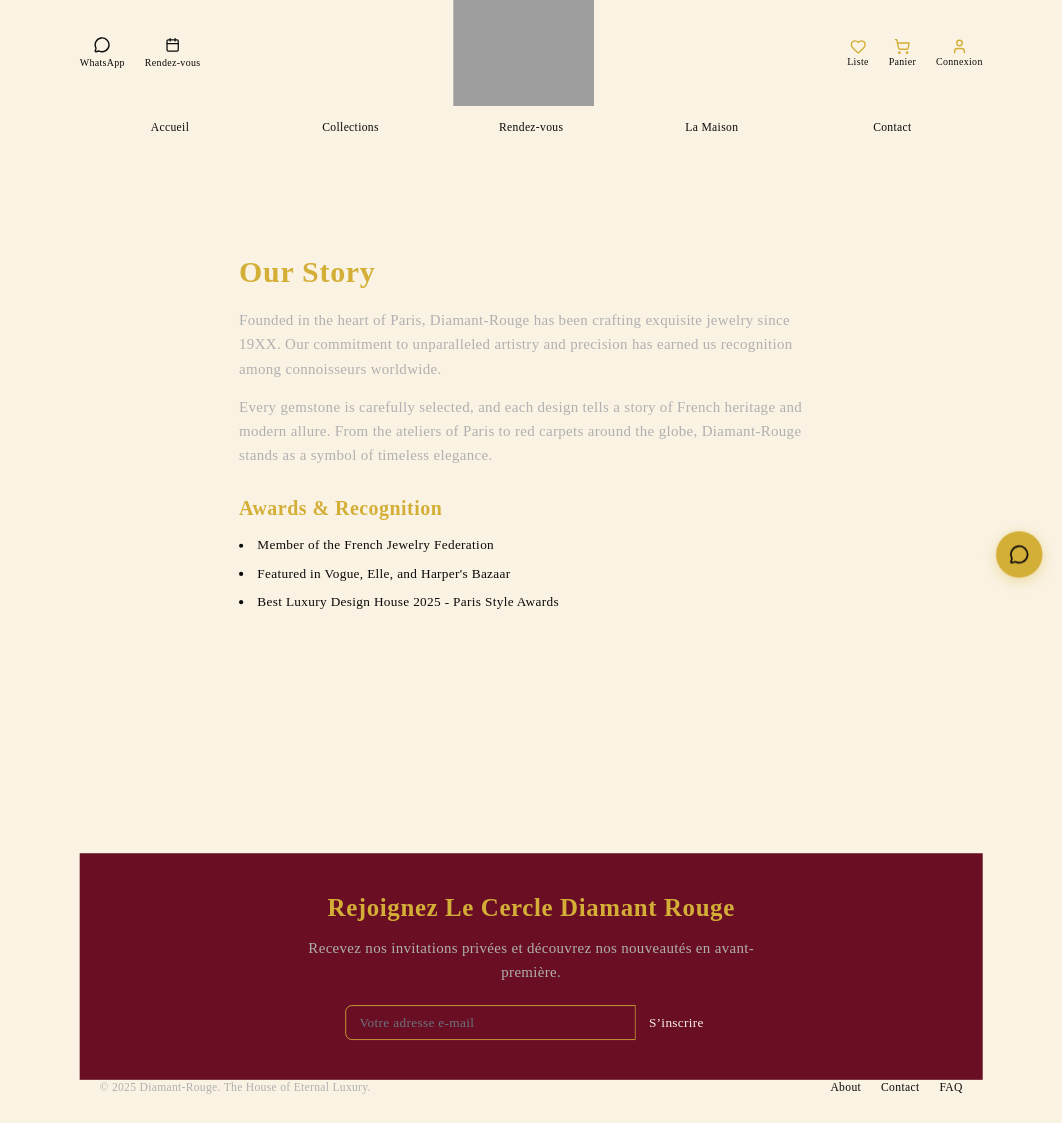
Repository: G-omar-H/diamant-rouge
Page: /about (app in diamant-rouge/)
The author's editor kept a copy of each file at every save. The page is drawn from the files as they stood at one save, then again after the next save.
The browser window is 1280 px wide. The pictures show the whole page, at 83% of full size.
Pictures or frames that could not be fetched are drawn as grey boxes. The page's requests for data from a server got no answer. The project was rebuilt for these pictures with package versions that can differ from the ones it lists, and the page was loaded fresh each time. The framework's server and built-in components were replaced by stand-ins that run in the browser. No one was signed in, and anything a server would have sent is missing. Also part of the build but not shown: diamant-rouge/next.config.js.

Above is the page before, as saved 2025-03-05 03:58:46.

### diamant-rouge/pages/_app.tsx
// pages/_app.tsx
import type { AppProps } from "next/app";
import "../styles/globals.css";
import { SessionProvider } from "next-auth/react"; // ✅ Import NextAuth Session Provider
import { CartProvider } from "../contexts/CartContext";
import { WishlistProvider } from "../contexts/WishlistContext";
import { ToastProvider } from "../contexts/ToastContext";
import { useRouter } from "next/router";
import Layout from "../components/Layout";

export default function App({ Component, pageProps: { session, ...pageProps } }: AppProps) {
    const { locale } = useRouter();

    return (
        <SessionProvider session={session}> {/* ✅ Ensures session context is available */}
            <div dir={locale === "ar" ? "rtl" : "ltr"}>
                <ToastProvider>
                    <CartProvider> {/* ✅ Cart is now session-aware */}
                        <WishlistProvider>
                            <Layout title="Home" description="Welcome to Diamant-Rouge, the epitome of luxury jewelry.">
                                <Component {...pageProps} />
                            </Layout>
                        </WishlistProvider>
                    </CartProvider>
                </ToastProvider>
            </div>
        </SessionProvider>
    );
}

### diamant-rouge/pages/about.tsx
// pages/about.tsx
import Head from "next/head";

export default function AboutPage() {
    return (
        <>
            <Head>
                <title>About Diamant-Rouge</title>
            </Head>
            <main className="section-light hero-section min-h-screen p-8 max-w-3xl mx-auto">
                <h1 className="text-4xl font-serif text-brandGold mb-6">Our Story</h1>
                <p className="mb-4 text-platinumGray leading-relaxed">
                    Founded in the heart of Paris, Diamant-Rouge has been crafting exquisite jewelry since
                    19XX. Our commitment to unparalleled artistry and precision has earned us recognition
                    among connoisseurs worldwide.
                </p>
                <p className="mb-4 text-platinumGray leading-relaxed">
                    Every gemstone is carefully selected, and each design tells a story of French heritage
                    and modern allure. From the ateliers of Paris to red carpets around the globe,
                    Diamant-Rouge stands as a symbol of timeless elegance.
                </p>

                {/* Authority Cue: Awards, Certification */}
                <h2 className="text-2xl font-serif text-brandGold mt-8 mb-4">Awards & Recognition</h2>
                <ul className="list-disc list-inside text-richEbony space-y-2">
                    <li>Member of the French Jewelry Federation</li>
                    <li>Featured in Vogue, Elle, and Harper's Bazaar</li>
                    <li>Best Luxury Design House 2025 - Paris Style Awards</li>
                </ul>
            </main>
        </>
    );
}

### diamant-rouge/contexts/CartContext.tsx
// contexts/CartContext.tsx

import { createContext, useContext, useState, useEffect, ReactNode } from "react";
import { useSession } from "next-auth/react";

export type CartItem = {
  id?: number;
  productId: number;
  variationId?: number;
  sku: string;
  name: string;
  price?: number; // if not stored, we'll get it from product
  quantity: number;
  image?: string;
  // Optionally, if you fetch the related product, you can include:
  product?: { images: string[]; basePrice: string; translations: any[] };
};

type CartContextType = {
  cart: CartItem[];
  addToCart: (item: CartItem) => Promise<void>;
  removeFromCart: (productId: number, variationId?: number) => Promise<void>;
  clearCart: () => Promise<void>;
  refreshCart: () => Promise<void>;
};

const CartContext = createContext<CartContextType | undefined>(undefined);

export function CartProvider({ children }: { children: ReactNode }) {
  const { data: session } = useSession();
  const [cart, setCart] = useState<CartItem[]>([]);

  async function fetchCartFromServer() {
    if (!session?.user?.email) {
      setCart([]);
      return;
    }
    try {
      const res = await fetch("/api/cart", { credentials: "include" });
      if (res.ok) {
        const data = await res.json();
        setCart(data);
      } else {
        console.error("Failed to fetch cart items.");
      }
    } catch (err) {
      console.error("Error fetching cart:", err);
    }
  }

  useEffect(() => {
    fetchCartFromServer();
  }, [session]);

  async function addToCart(item: CartItem) {
    if (!session?.user?.email) {
      console.error("User not authenticated. Please log in to add items to the cart.");
      return;
    }
    const existingItem = cart.find(
      (p) => p.productId === item.productId && p.variationId === item.variationId
    );
    if (existingItem && existingItem.id) {
      try {
        const res = await fetch(`/api/cart?id=${existingItem.id}`, {
          method: "PUT",
          headers: { "Content-Type": "application/json" },
          credentials: "include",
          body: JSON.stringify({ quantity: existingItem.quantity + item.quantity }),
        });
        if (res.ok) {
          await fetchCartFromServer();
        }
      } catch (err) {
        console.error("Error updating cart item:", err);
      }
    } else {
      try {
        const res = await fetch("/api/cart", {
          method: "POST",
          headers: { "Content-Type": "application/json" },
          credentials: "include",
          body: JSON.stringify(item),
        });
        if (res.ok) {
          await fetchCartFromServer();
        }
      } catch (err) {
        console.error("Error adding cart item:", err);
      }
    }
  }

  async function removeFromCart(productId: number, variationId?: number) {
    const item = cart.find(
      (p) => p.productId === productId && p.variationId === variationId
    );
    if (!item || !item.id) return;
    try {
      const res = await fetch(`/api/cart?id=${item.id}`, {
        method: "DELETE",
        credentials: "include",
      });
      if (res.ok) {
        await fetchCartFromServer();
      }
    } catch (err) {
      console.error("Error removing cart item:", err);
    }
  }

  async function clearCart() {
    try {
      const res = await fetch("/api/cart?clear=true", {
        method: "DELETE",
        credentials: "include",
      });
      if (res.ok) {
        setCart([]);
      }
    } catch (err) {
      console.error("Error clearing cart:", err);
    }
  }

  async function refreshCart() {
    await fetchCartFromServer();
  }

  return (
    <CartContext.Provider value={{ cart, addToCart, removeFromCart, clearCart, refreshCart }}>
      {children}
    </CartContext.Provider>
  );
}

export function useCart() {
  const context = useContext(CartContext);
  if (!context) {
    throw new Error("useCart must be used within a CartProvider");
  }
  return context;
}

### diamant-rouge/contexts/WishlistContext.tsx
import { createContext, useContext, useState, useEffect, ReactNode } from "react";

type WishlistItem = {
    productId: number;
};

type WishlistContextType = {
    wishlist: WishlistItem[];
    addToWishlist: (productId: number) => void;
    removeFromWishlist: (productId: number) => void;
    fetchWishlist: () => void;
};

const WishlistContext = createContext<WishlistContextType | undefined>(undefined);

export function WishlistProvider({ children }: { children: ReactNode }) {
    const [wishlist, setWishlist] = useState<WishlistItem[]>([]);

    useEffect(() => {
        fetchWishlist();
    }, []);

    async function fetchWishlist() {
        try {
            const res = await fetch("/api/wishlist", {
                credentials: "include"
            });
            const data = await res.json();
            if (res.ok) setWishlist(data);
        } catch (error) {
            console.error("❌ Failed to fetch wishlist:", error);
        }
    }

    async function addToWishlist(productId: number) {
        try {
            const res = await fetch("/api/wishlist", {
                method: "POST",
                credentials: "include",
                headers: { "Content-Type": "application/json" },
                body: JSON.stringify({ productId }),
            });
            if (res.ok) fetchWishlist();
        } catch (error) {
            console.error("❌ Failed to add to wishlist:", error);
        }
    }

    async function removeFromWishlist(productId: number) {
        try {
            const res = await fetch("/api/wishlist", {
                method: "DELETE",
                credentials: "include",
                headers: { "Content-Type": "application/json" },
                body: JSON.stringify({ productId }),
            });
            if (res.ok) fetchWishlist();
        } catch (error) {
            console.error("❌ Failed to remove from wishlist:", error);
        }
    }

    return (
        <WishlistContext.Provider value={{ wishlist, addToWishlist, removeFromWishlist, fetchWishlist }}>
            {children}
        </WishlistContext.Provider>
    );
}

export function useWishlist() {
    const context = useContext(WishlistContext);
    if (!context) throw new Error("useWishlist must be used within a WishlistProvider");
    return context;
}

### diamant-rouge/contexts/ToastContext.tsx
import { createContext, useContext, useState, ReactNode } from 'react';
import ToastNotification, { ToastType } from '../components/ToastNotification';

type ToastContextType = {
  showToast: (message: string, type: ToastType) => void;
};

const ToastContext = createContext<ToastContextType | undefined>(undefined);

export function ToastProvider({ children }: { children: ReactNode }) {
  const [isVisible, setIsVisible] = useState(false);
  const [message, setMessage] = useState('');
  const [toastType, setToastType] = useState<ToastType>('success');

  const showToast = (message: string, type: ToastType = 'success') => {
    setMessage(message);
    setToastType(type);
    setIsVisible(true);
  };

  const hideToast = () => {
    setIsVisible(false);
  };

  return (
    <ToastContext.Provider value={{ showToast }}>
      {children}
      <ToastNotification
        message={message}
        type={toastType}
        isVisible={isVisible}
        onClose={hideToast}
      />
    </ToastContext.Provider>
  );
}

export function useToast() {
  const context = useContext(ToastContext);
  if (!context) {
    throw new Error('useToast must be used within a ToastProvider');
  }
  return context;
}

### diamant-rouge/components/Layout.tsx
// components/Layout.tsx

import { ReactNode } from "react";
import Head from "next/head";
import Header from "./Header";
import Footer from "./Footer";
import ChatBot from "./ChatBot";
import Notifications from "./Notifications";

type LayoutProps = {
    children: ReactNode;
    title?: string;
    description?: string;
};

export default function Layout({ children, title, description }: LayoutProps) {
    return (
        <>
            {/* Enhanced SEO Metadata */}
            <Head>
                <title>
                    {title ? `${title} | Diamant-Rouge` : "Diamant-Rouge - Luxury Jewelry House"}
                </title>
                {description && <meta name="description" content={description} />}
                <meta name="viewport" content="width=device-width, initial-scale=1" />
            </Head>

            {/*
        Wrapper that applies (100vw - 2in) to the entire site
        so Header, Main, and Footer are all within that width.
      */}
            <div
                style={{
                    margin: "0 auto",
                    width: "calc(100vw - 2in)",
                }}
            >
                {/* Fixed or static Header (depending on your Header.tsx) */}
                <Header />

                <main className="min-h-screen pt-24 md:pt-28 transition-opacity duration-500 ease-in-out">
                    {children}
                </main>

                <Footer />
                <ChatBot />
            </div>
        </>
    );
}

### diamant-rouge/components/ToastNotification.tsx
import { useState, useEffect } from "react";
import { motion, AnimatePresence } from "framer-motion";
import { ShoppingCart, Heart, Check, X } from "lucide-react";

export type ToastType = "cart" | "wishlist" | "success" | "error";

type ToastProps = {
  message: string;
  type: ToastType;
  isVisible: boolean;
  onClose: () => void;
  duration?: number;
};

export default function ToastNotification({
  message,
  type,
  isVisible,
  onClose,
  duration = 3000,
}: ToastProps) {
  // Auto-dismiss the toast after duration
  useEffect(() => {
    if (isVisible) {
      const timer = setTimeout(() => {
        onClose();
      }, duration);

      return () => clearTimeout(timer);
    }
  }, [isVisible, onClose, duration]);

  // Get icon based on toast type
  const getIcon = () => {
    switch (type) {
      case "cart":
        return <ShoppingCart size={18} className="text-brandIvory" />;
      case "wishlist":
        return <Heart size={18} className="text-brandIvory" />;
      case "success":
        return <Check size={18} className="text-brandIvory" />;
      case "error":
        return <X size={18} className="text-brandIvory" />;
      default:
        return null;
    }
  };

  // Get background color based on toast type
  const getBgColor = () => {
    switch (type) {
      case "cart":
        return "bg-brandGold";
      case "wishlist":
        return "bg-burgundy";
      case "success":
        return "bg-emerald-600";
      case "error":
        return "bg-red-600";
      default:
        return "bg-platinumGray";
    }
  };

  return (
    <AnimatePresence>
      {isVisible && (
        <motion.div
          initial={{ opacity: 0, y: -20, scale: 0.9 }}
          animate={{ opacity: 1, y: 0, scale: 1 }}
          exit={{ opacity: 0, y: -20, scale: 0.9 }}
          transition={{ type: "spring", damping: 25 }}
          className={`fixed top-6 right-6 z-50 ${getBgColor()} text-brandIvory px-5 py-3 rounded-lg shadow-lg flex items-center max-w-sm`}
        >
          <div className="mr-3 flex-shrink-0">
            {getIcon()}
          </div>
          <div className="flex-grow">
            <p className="text-sm">{message}</p>
          </div>
          <button
            onClick={onClose}
            className="ml-3 text-brandIvory/70 hover:text-brandIvory transition-colors"
            aria-label="Fermer"
          >
            <X size={16} />
          </button>
        </motion.div>
      )}
    </AnimatePresence>
  );
}

### diamant-rouge/components/Footer.tsx
// components/Footer.tsx
import Link from "next/link";
import Newsletter from "./Newsletter";

export default function Footer() {
    return (
        <footer className=" py-8 mt-auto">
            {/* Newsletter */}
            <Newsletter />
            <div className="max-w-6xl mx-auto px-6 flex flex-col md:flex-row items-center justify-between">

                {/* Branding */}
                <p className="mb-4 md:mb-0 font-serif text-sm tracking-wide">
                    © {new Date().getFullYear()} Diamant-Rouge. The House of Eternal Luxury.
                </p>

                {/* Quick Links */}
                <nav className="flex gap-6 text-sm">
                    <Link
                        href="/about"
                        className="hover:text-brandGold transition-colors"
                    >
                        About
                    </Link>
                    <Link
                        href="/contact"
                        className="hover:text-brandGold transition-colors"
                    >
                        Contact
                    </Link>
                    <Link
                        href="/faq"
                        className="hover:text-brandGold transition-colors"
                    >
                        FAQ
                    </Link>
                </nav>
            </div>
        </footer>
    );
}

### diamant-rouge/components/ChatBot.tsx
// components/ChatBot.tsx
"use client";
import { useState, useRef, useEffect } from "react";
import { motion, AnimatePresence } from "framer-motion";
import { MessageCircle, X } from "lucide-react";

type Message = {
  sender: "user" | "ai";
  text: string;
};

export default function ChatBot() {
  const [isOpen, setIsOpen] = useState(false);
  const [messages, setMessages] = useState<Message[]>([]);
  const [input, setInput] = useState("");
  const messagesEndRef = useRef<HTMLDivElement>(null);

  // Scroll to the bottom whenever messages update
  useEffect(() => {
    messagesEndRef.current?.scrollIntoView({ behavior: "smooth" });
  }, [messages]);

  // Send user message to API and update messages
  async function handleSend() {
    if (!input.trim()) return;
    const userMessage: Message = { sender: "user", text: input.trim() };
    setMessages((prev) => [...prev, userMessage]);
    setInput("");

    // Call the chatbot API
    try {
      const res = await fetch("/api/chatbot", {
        method: "POST",
        headers: { "Content-Type": "application/json" },
        body: JSON.stringify({ prompt: userMessage.text }),
      });
      const data = await res.json();
      const aiMessage: Message = { sender: "ai", text: data.reply };
      setMessages((prev) => [...prev, aiMessage]);
    } catch (error) {
      console.error("Chatbot error:", error);
      setMessages((prev) => [
        ...prev,
        { sender: "ai", text: "Désolé, une erreur s'est produite. Veuillez réessayer." },
      ]);
    }
  }

  return (
    <>
      {/* Chatbot Toggle Button */}
      <button
        onClick={() => setIsOpen(!isOpen)}
        className="fixed bottom-6 right-6 z-50 bg-brandGold p-4 rounded-full shadow-luxury hover:bg-burgundy transition"
        aria-label="Toggle Chatbot"
      >
        {isOpen ? <X size={24} /> : <MessageCircle size={24} />}
      </button>

      <AnimatePresence>
        {isOpen && (
          <motion.div
            initial={{ opacity: 0, y: 50 }}
            animate={{ opacity: 1, y: 0 }}
            exit={{ opacity: 0, y: 50 }}
            className="fixed bottom-20 right-6 z-50 w-80 bg-brandIvory rounded-xl shadow-2xl flex flex-col overflow-hidden"
          >
            {/* Chat Header */}
            <div className="bg-burgundy text-brandIvory p-4 flex justify-between items-center">
              <h3 className="font-serif text-xl">Assistance Diamant Rouge</h3>
              <button onClick={() => setIsOpen(false)} aria-label="Close Chat">
                <X size={20} />
              </button>
            </div>
            {/* Chat Messages */}
            <div className="p-4 h-64 overflow-y-auto bg-brandIvory">
              {messages.map((msg, index) => (
                <div
                  key={index}
                  className={`mb-2 p-2 rounded-md ${
                    msg.sender === "user"
                      ? "bg-brandGold text-richEbony self-end"
                      : "bg-burgundy text-brandIvory self-start"
                  }`}
                >
                  {msg.text}
                </div>
              ))}
              <div ref={messagesEndRef} />
            </div>
            {/* Chat Input */}
            <div className="p-4 bg-brandIvory border-t border-platinumGray">
              <input
                type="text"
                value={input}
                onChange={(e) => setInput(e.target.value)}
                onKeyDown={(e) => e.key === "Enter" && handleSend()}
                placeholder="Posez votre question..."
                className="w-full p-2 border border-brandGold rounded focus:outline-none focus:ring-2 focus:ring-brandGold"
              />
            </div>
          </motion.div>
        )}
      </AnimatePresence>
    </>
  );
}

### diamant-rouge/components/Newsletter.tsx
import { useState } from "react";

export default function Newsletter() {
  const [email, setEmail] = useState("");
  const [message, setMessage] = useState("");

  const handleSubmit = async (e: React.FormEvent) => {
    e.preventDefault();
    try {
      const res = await fetch("/api/newsletter", {
        method: "POST",
        headers: { "Content-Type": "application/json" },
        body: JSON.stringify({ email }),
      });
      const data = await res.json();
      if (!res.ok) throw new Error(data.error || "Something went wrong.");
      setMessage(data.message);
    } catch (error: any) {
      setMessage(error.message);
    }
  };

  return (
    <section className="section-light py-12 px-6 md:px-8 text-center bg-burgundy">
      <h4 className="text-2xl md:text-3xl font-serif text-brandGold mb-4">
        Rejoignez Le Cercle Diamant Rouge
      </h4>
      <p className="text-platinumGray max-w-xl mx-auto mb-6">
        Recevez nos invitations privées et découvrez nos nouveautés en avant-première.
      </p>
      <form className="max-w-md mx-auto flex" onSubmit={handleSubmit}>
        <input
          type="email"
          placeholder="Votre adresse e-mail"
          className="input-field flex-1 rounded-r-none"
          value={email}
          onChange={(e) => setEmail(e.target.value)}
        />
        <button
          type="submit"
          className="bg-burgundy hover:bg-brandGold text-brandIvory hover:text-richEbony px-4 py-2 rounded-r-lg transition duration-300"
        >
          S’inscrire
        </button>
      </form>
      {message && <p className="mt-4 text-brandGold">{message}</p>}
    </section>
  );
}

Loaded but not shown: diamant-rouge/tailwind.config.js (105 lines, source omitted); diamant-rouge/components/Header.tsx (225 lines, source omitted); diamant-rouge/styles/globals.css (156 lines, source omitted)

After the next save:
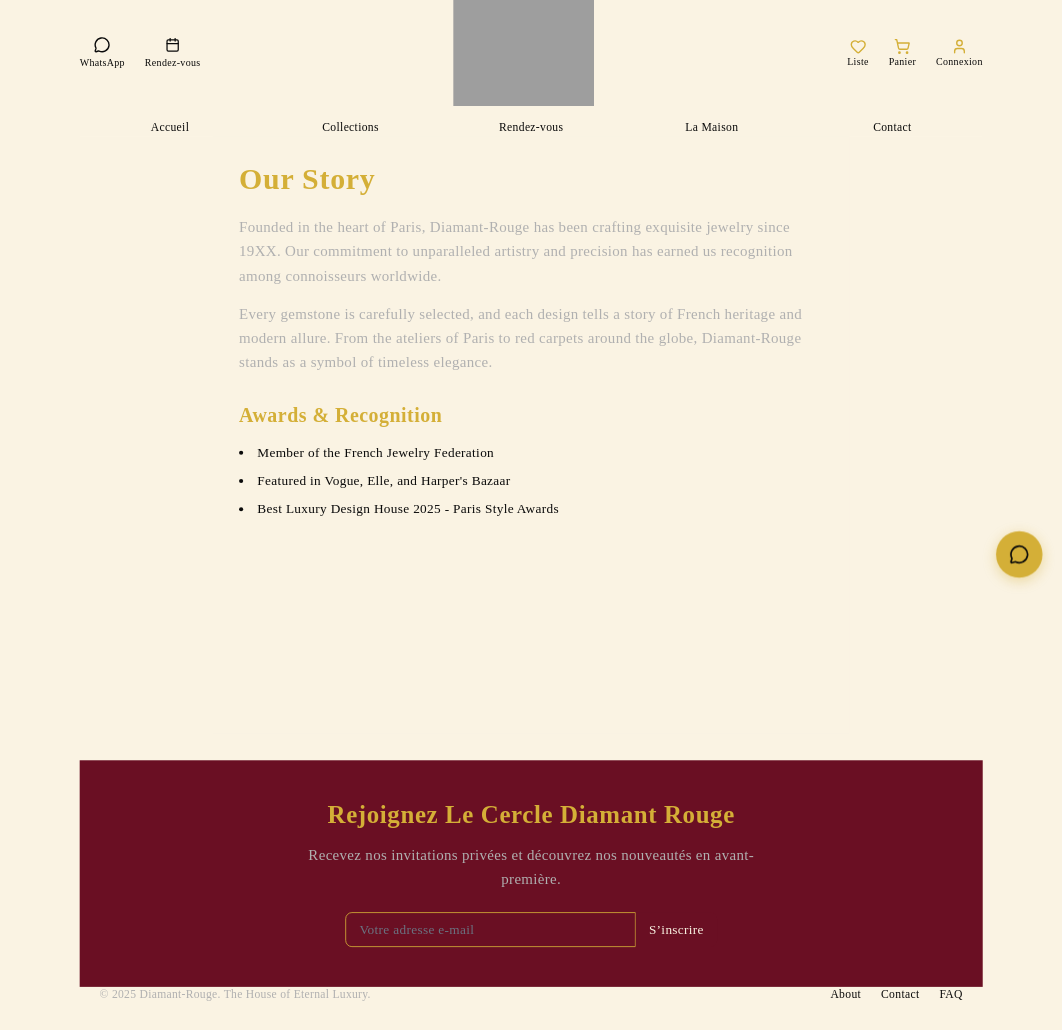
Saved 18 s later.
--- a/diamant-rouge/components/Layout.tsx
+++ b/diamant-rouge/components/Layout.tsx
@@ -38,7 +38,7 @@
                 {/* Fixed or static Header (depending on your Header.tsx) */}
                 <Header />
 
-                <main className="min-h-screen pt-24 md:pt-28 transition-opacity duration-500 ease-in-out">
+                <main className="min-h-screen transition-opacity duration-500 ease-in-out">
                     {children}
                 </main>
 
